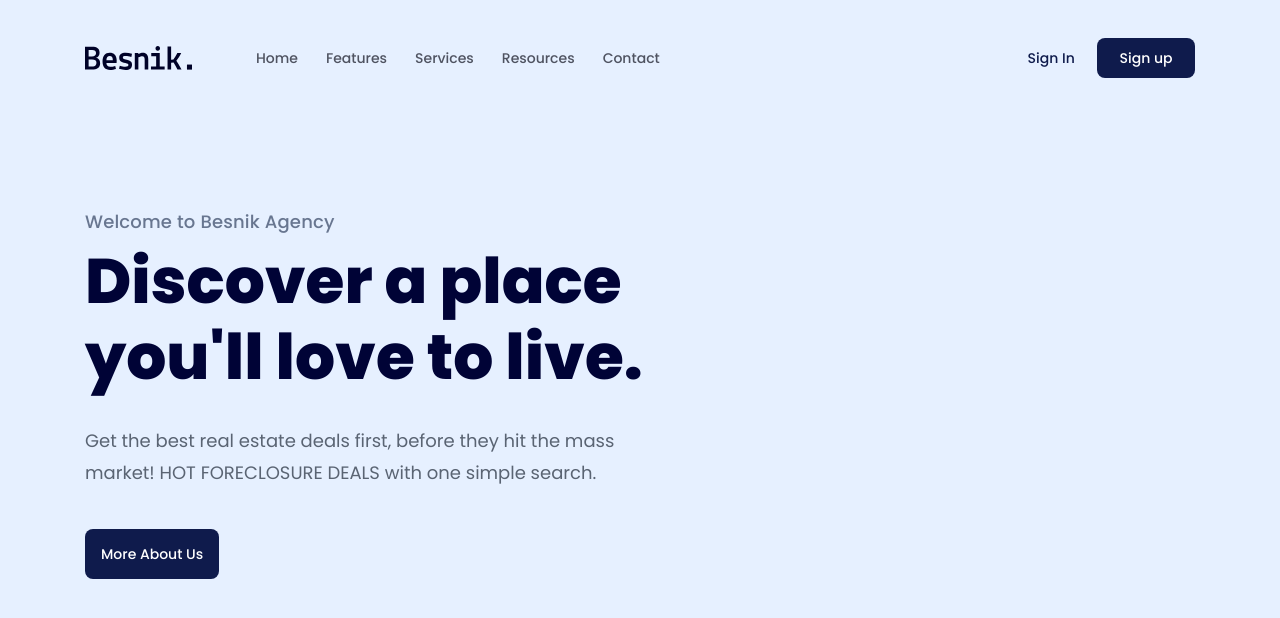
Repository: jessicapaa/F8-Project-01
Page: index.html
These files come from the project's save history. The page is drawn as it stood at one moment and after the next save; the edit follows.
The browser window is 1280 px wide. The pictures show the whole page.

Above is the page before, as saved 2024-03-08 07:27:28.

After the next save:
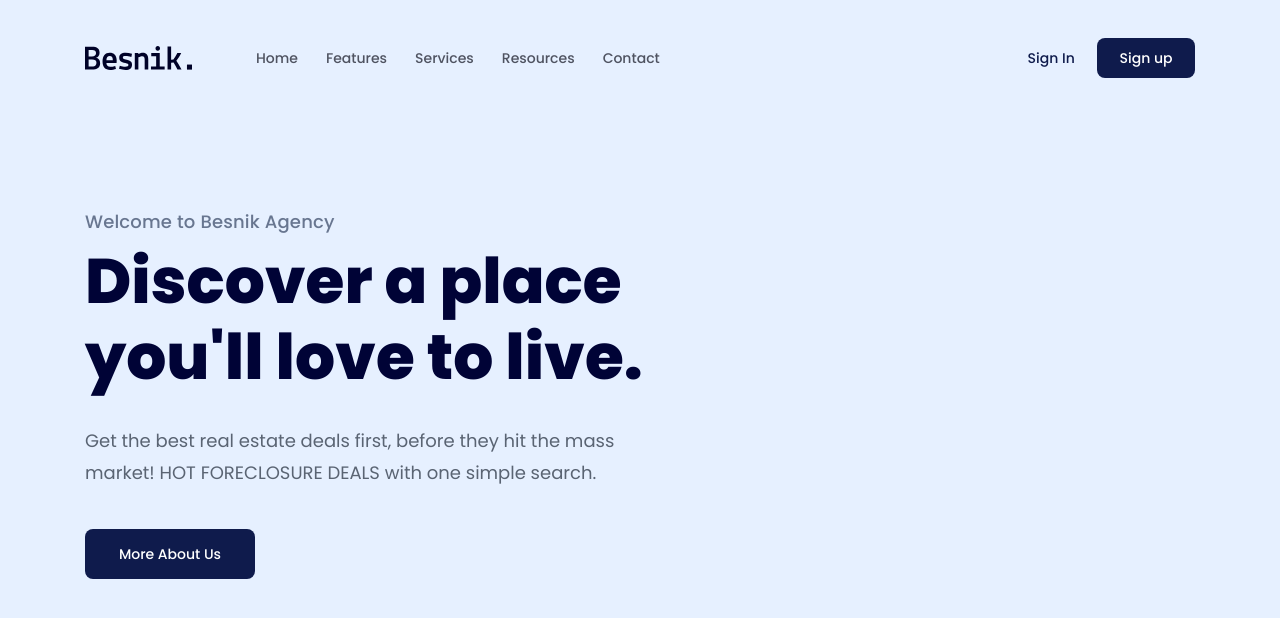
Saved 15 s later.
--- a/assets/css/styles.css
+++ b/assets/css/styles.css
@@ -112,4 +112,5 @@
 }
 .hero-btn {
     margin-top: 40px;
+    min-width: 17rem;
 }
